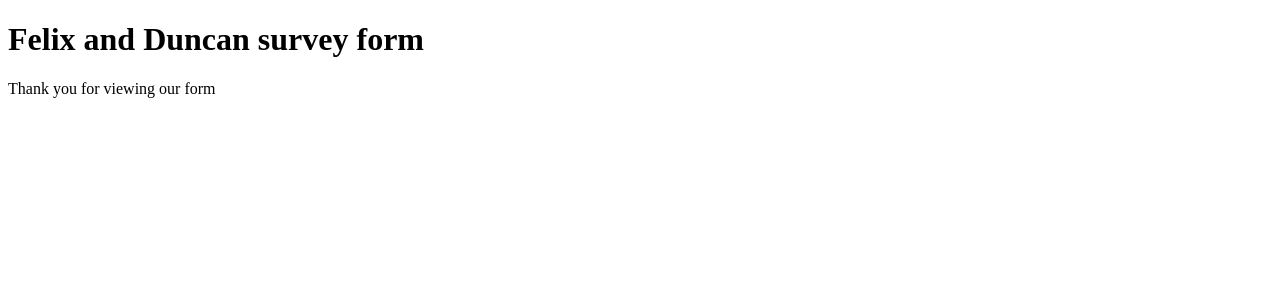
Repository: felix-vondee/felix-duncan
Page: index.html
These files come from the project's save history. The page is drawn as it stood at one moment and after the next save; the edit follows.
The browser window is 1280 px wide. The pictures show the whole page.

Above is the page before, as saved 2020-11-27 11:46:10.

After the next save:
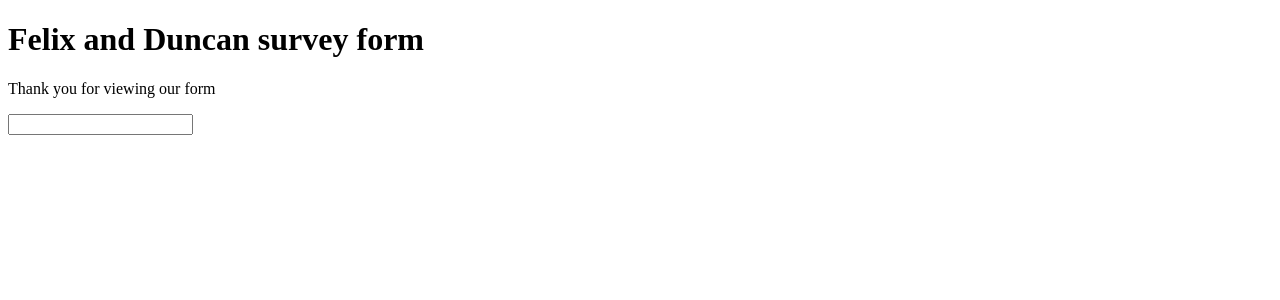
Saved 2 min 36 s later.
--- a/index.html
+++ b/index.html
@@ -1,14 +1,19 @@
 <!DOCTYPE html>
 <html lang="en">
-  <head>
+
+<head>
     <meta charset="UTF-8">
     <title>Fork Me! FCC: Test Suite Template</title>
     <link rel="stylesheet" href="css/style.css">
-  </head>
+</head>
 
-  <body>
+<body>
     <h1 id="title">Felix and Duncan survey form</h1>
-    <p id ="description">Thank you for viewing our form</p>
+    <p id="description">Thank you for viewing our form</p>
+    <form id="survey-form">
+        <input type="text" id="name">
+    </form>
+
     <script src="https://cdn.freecodecamp.org/testable-projects-fcc/v1/bundle.js"></script>
 
     <!--
@@ -23,6 +28,7 @@
     - The freeCodeCamp Team
 
     -->
-    <script  src="js/index.js"></script>
-  </body>
+    <script src="js/index.js"></script>
+</body>
+
 </html>
